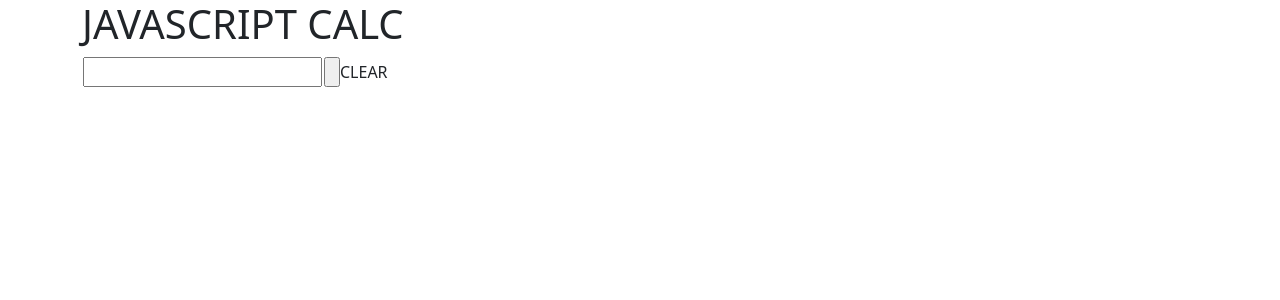
Repository: harryninja/14JsReact
Page: CalcJS/index.html
An editor plug-in stored every save of this project. The page is shown before and after the next save, followed by the edit.
The browser window is 1280 px wide. The pictures show the whole page.

Above is the page before, as saved 2022-03-08 22:36:35.

### CalcJS/index.html
<!DOCTYPE html>
<html lang="en">

<head>
    <meta charset="UTF-8">
    <meta http-equiv="X-UA-Compatible" content="IE=edge">
    <meta name="viewport" content="width=device-width, initial-scale=1.0">
    <title>JSCalculator</title>
    <!-- JavaScript Bundle with Popper -->
    <script src="https://cdn.jsdelivr.net/npm/bootstrap@5.1.3/dist/js/bootstrap.bundle.min.js"
        integrity="sha384-ka7Sk0Gln4gmtz2MlQnikT1wXgYsOg+OMhuP+IlRH9sENBO0LRn5q+8nbTov4+1p" crossorigin="anonymous">
    </script>
    <!-- CSS only -->
    <link href="https://cdn.jsdelivr.net/npm/bootstrap@5.1.3/dist/css/bootstrap.min.css" rel="stylesheet"
        integrity="sha384-1BmE4kWBq78iYhFldvKuhfTAU6auU8tT94WrHftjDbrCEXSU1oBoqyl2QvZ6jIW3" crossorigin="anonymous">
</head>

<body>
    <div class="container">
        <div class="row">
            <div class="col-md-6">
                <h1>JAVASCRIPT CALC</h1>
                <table>
                    <tr>
                        <td colspan="3"><input type="text"></td>
                        <td><input type="button" value="">CLEAR</td>
                    </tr>
                </table>
            </div>
        </div>
    </div>
</body>

</html>

After the next save:
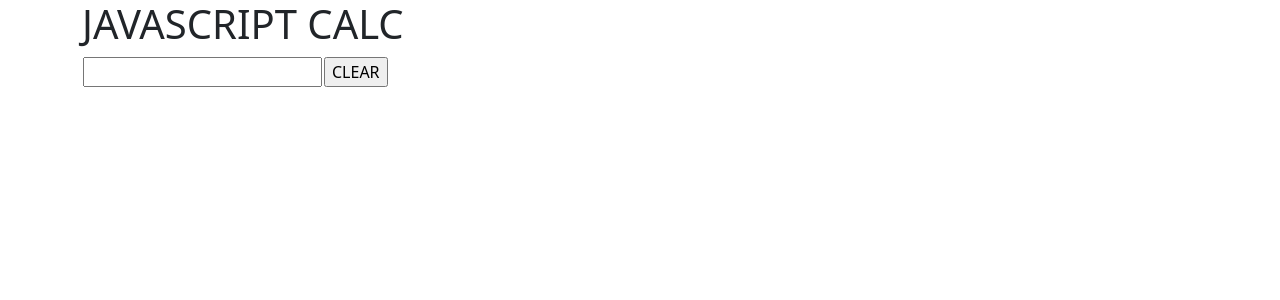
Saved 3 min 31 s later.
--- a/CalcJS/index.html
+++ b/CalcJS/index.html
@@ -23,7 +23,7 @@
                 <table>
                     <tr>
                         <td colspan="3"><input type="text"></td>
-                        <td><input type="button" value="">CLEAR</td>
+                        <td><input type="button" value="CLEAR"></td>
                     </tr>
                 </table>
             </div>
